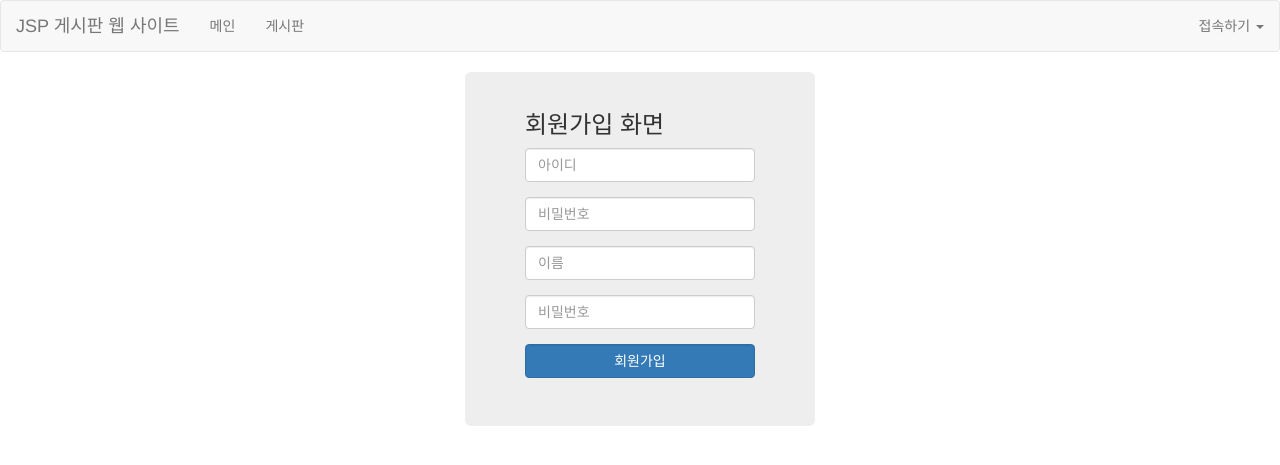
Repository: TheChok/BbsClone
Page: http://localhost/BBS/join.jsp
The author's editor kept a copy of each file at every save. The page is drawn from the files as they stood at one save, then again after the next save.
The browser window is 1280 px wide. The pictures show the whole page.
Some web libraries are served in a nearby version. The page is served by Tomcat 9.

Above is the page before, as saved 2023-09-21 07:31:26.

After the next save:
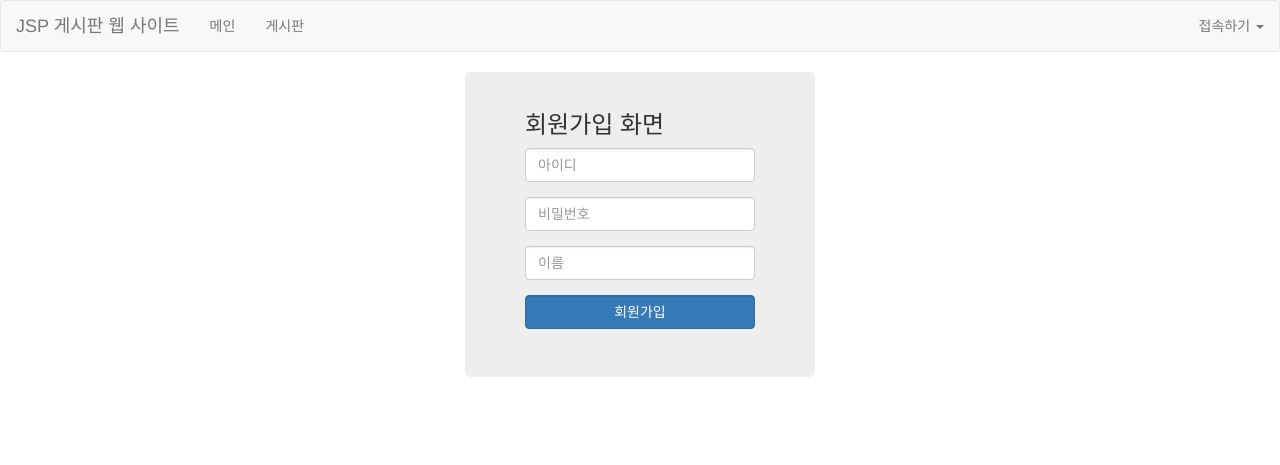
Saved 8 s later.
--- a/BBS/src/main/webapp/join.jsp
+++ b/BBS/src/main/webapp/join.jsp
@@ -67,7 +67,7 @@
 						<input type="text" class="form-control" placeholder="이름" name="userName" maxlength="20" />
 					</div>
 					<div class="form-group">
-						<input type="password" class="form-control" placeholder="비밀번호" name="userPassword" maxlength="20" />
+
 					</div>
 
 					<input type="submit" class="btn btn-primary form-control" value="회원가입" />
